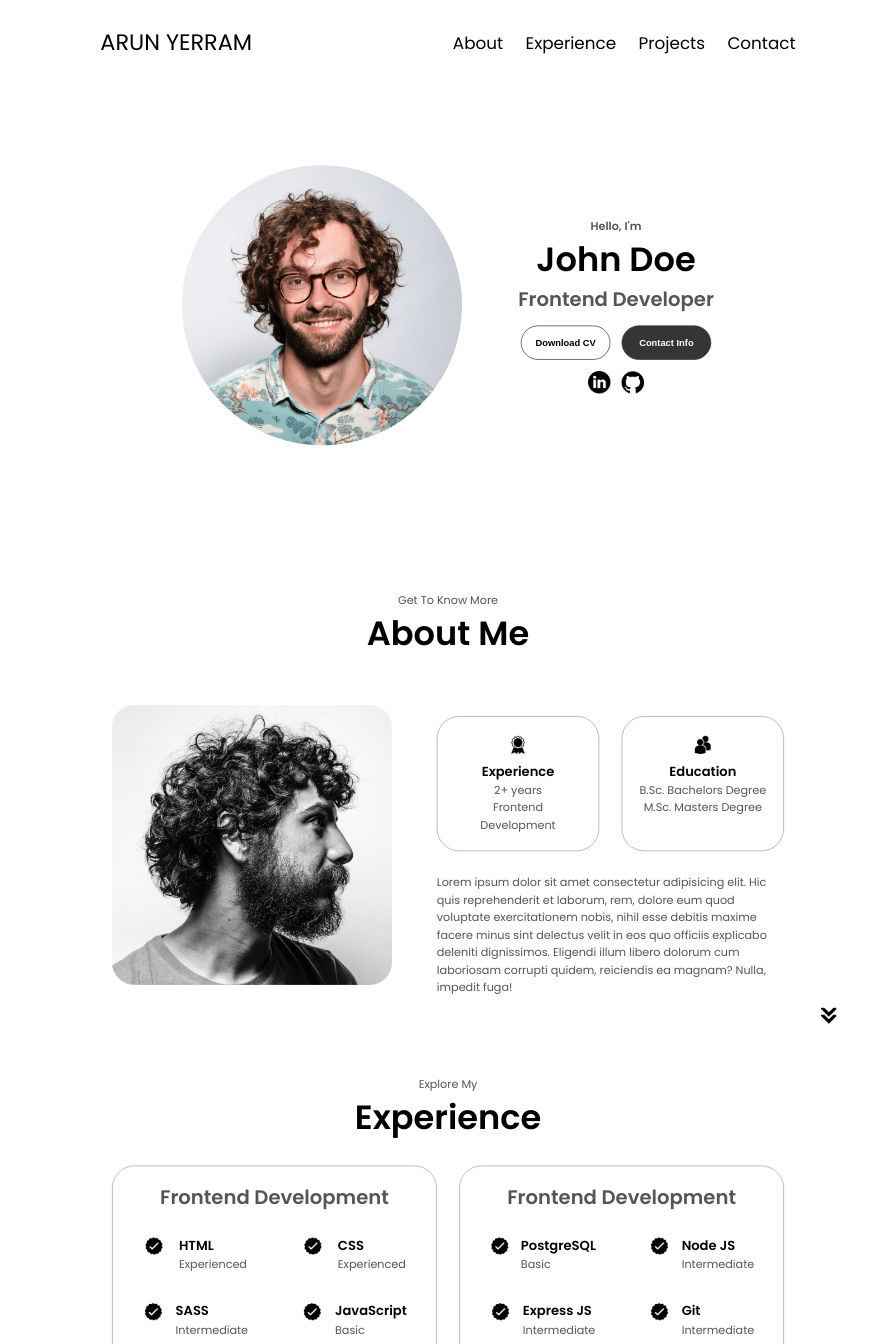
Repository: ARUN-YERRAM/ARUN-YERRAM-PORTFOLIO
Page: portfolio/index.html
The author's editor kept a copy of each file at every save. The page is drawn from the files as they stood at one save, then again after the next save.
The browser window is 1280 px wide. The pictures show the part of the page from y = 0 to 1920 px (the page is 4425 px tall), at 70% of full size.

Above is the page before, as saved 2024-07-07 03:58:19.

After the next save:
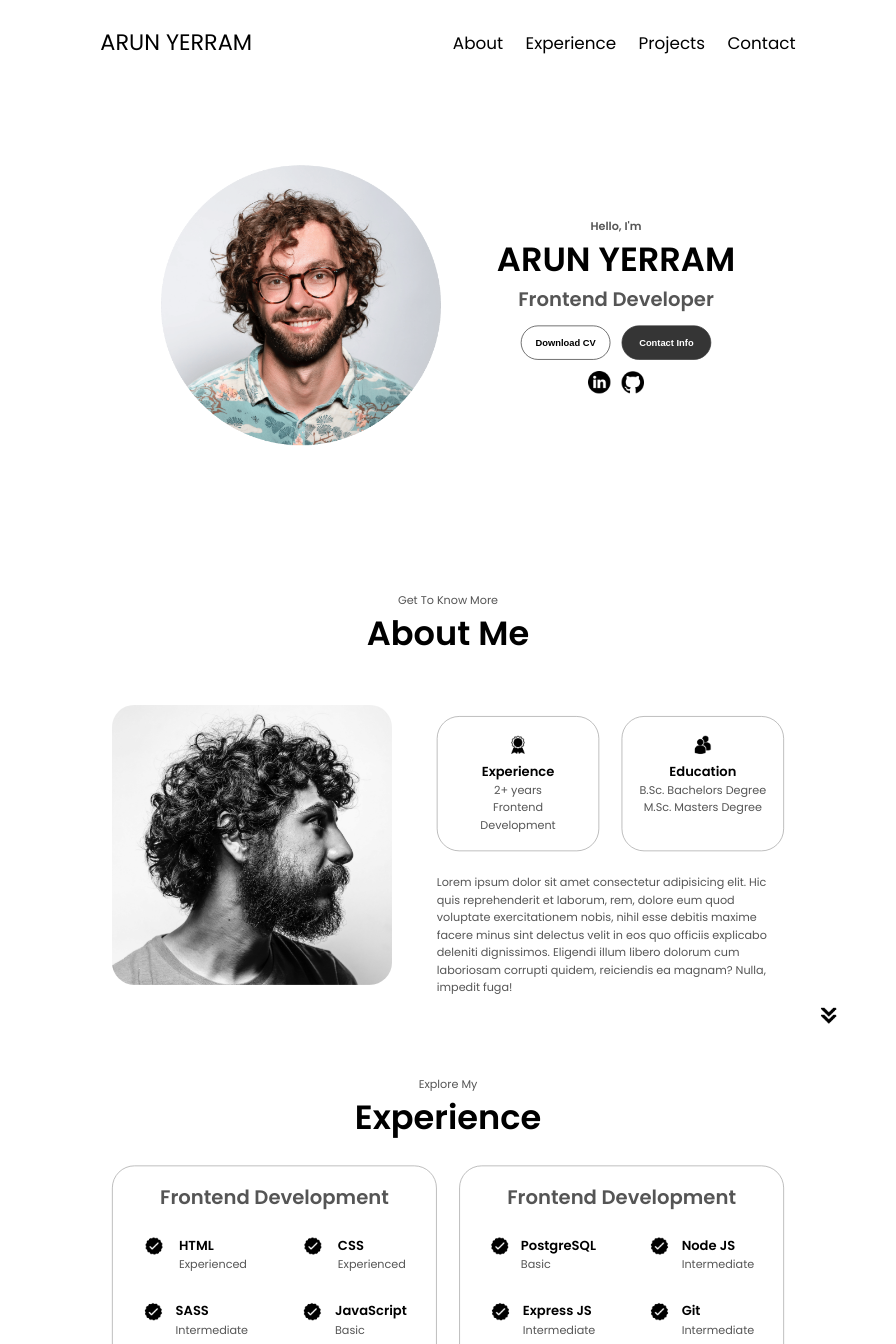
Saved 10 s later.
--- a/portfolio/index.html
+++ b/portfolio/index.html
@@ -42,7 +42,7 @@
       </div>
       <div class="section__text">
         <p class="section__text__p1">Hello, I'm</p>
-        <h1 class="title">John Doe</h1>
+        <h1 class="title">ARUN YERRAM</h1>
         <p class="section__text__p2">Frontend Developer</p>
         <div class="btn-container">
           <button
